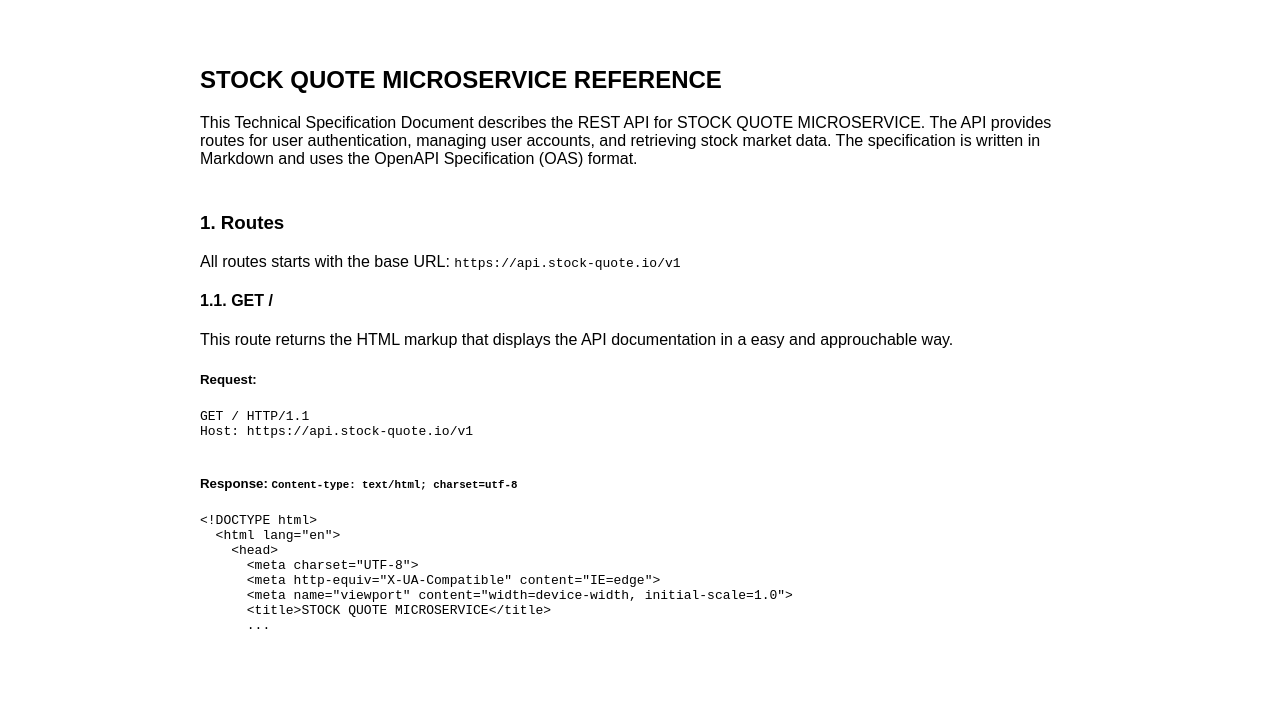
Repository: miguelamello/nest-js
Page: stock-service/reference.html
These files come from the project's save history. The page is drawn as it stood at one moment and after a run of saves; the edit follows.
The browser window is 1280 px wide. The pictures show the whole page.

Above is the page before, as saved 2023-04-03 13:39:27.

After the next 2 saves:
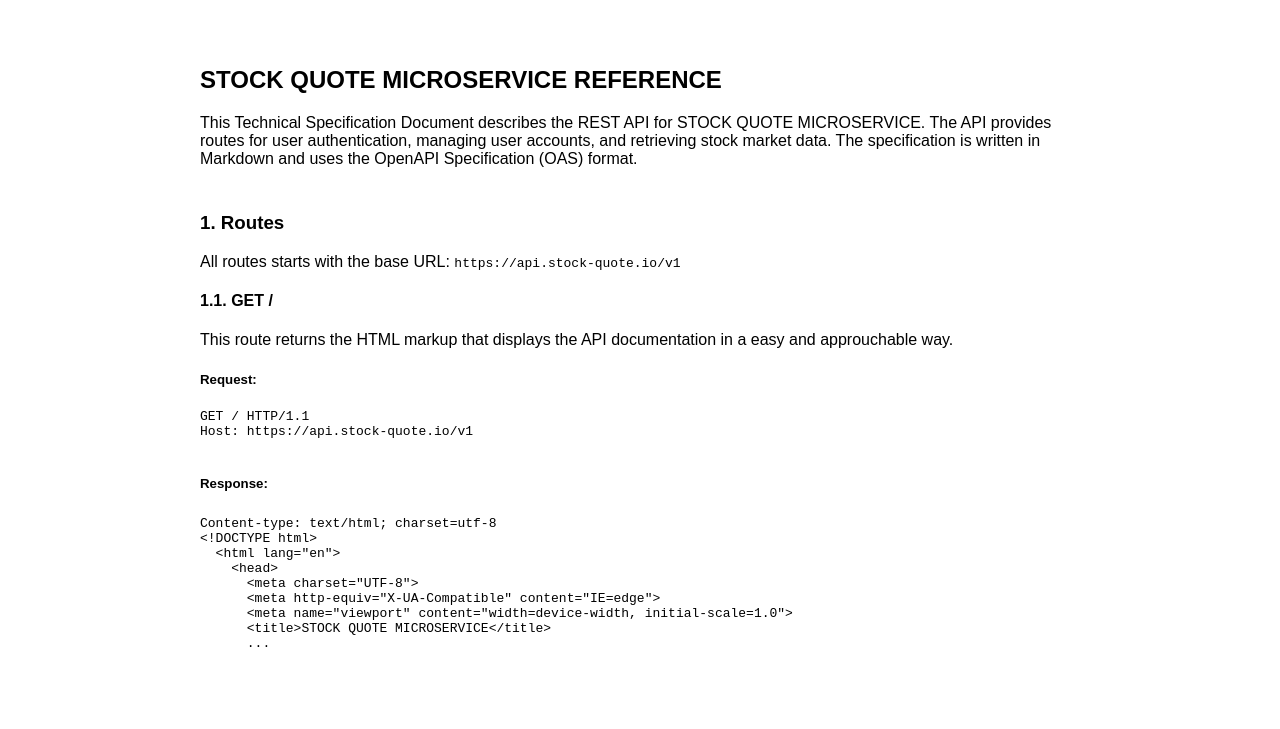
The 2 saves are shown as one change because they came seconds apart.
The last was saved 22 s later.
--- a/stock-service/reference.html
+++ b/stock-service/reference.html
@@ -45,7 +45,8 @@ GET / HTTP/1.1
 Host: https://api.stock-quote.io/v1
   </pre>
 
-  <h5>Response: <code>Content-type: text/html; charset=utf-8</code></h5>
+  <h5>Response: </h5>
+  <code>Content-type: text/html; charset=utf-8</code>
 
   <pre>
 &lt;!DOCTYPE html&gt;
